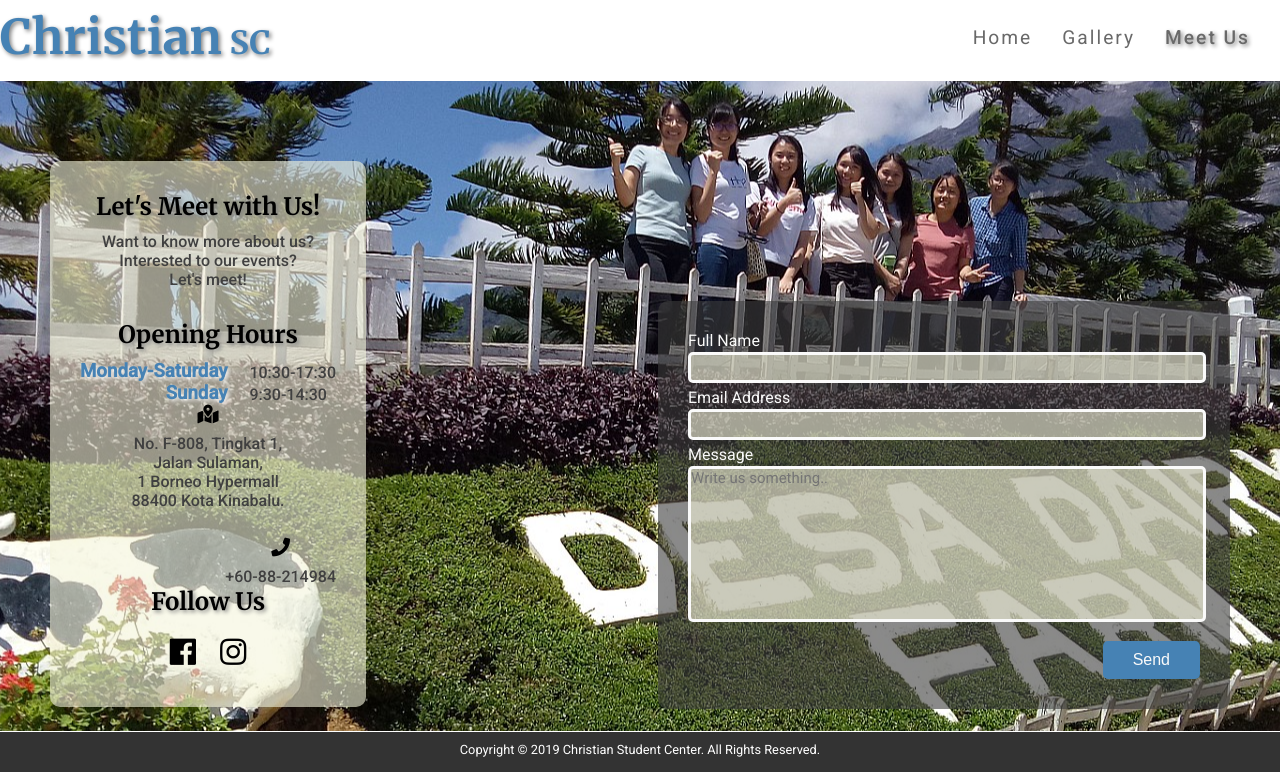
Repository: kongteckmee/christian-sc
Page: meet.html
The author's editor kept a record of every edit. The page is drawn from the files as they stood at one moment, then again after the next edit.
The browser window is 1280 px wide. The pictures show the whole page.
Some web libraries are served in a nearby version.

Above is the page before.

### meet.html
<!DOCTYPE html>
<html lang="en">

<head>
    <meta charset="UTF-8">
    <meta name="viewport" content="width=device-width, initial-scale=1.0">
    <meta http-equiv="X-UA-Compatible" content="ie=edge">
    <link rel="stylesheet" href="https://use.fontawesome.com/releases/v5.1.1/css/all.css" integrity="sha384-O8whS3fhG2OnA5Kas0Y9l3cfpmYjapjI0E4theH4iuMD+pLhbf6JI0jIMfYcK3yZ" crossorigin="anonymous">
    <link rel="stylesheet" href="assets/css/style.css" type="text/css" />
    <title>Christian Student Center</title>
</head>

<body>
    <header>
        <a id="logo" href="index.html">
            <h2><span style="font-size: 150%">Christian</span> SC</h2>
        </a>
        <nav>
            <ul id="scmenu">
                <li>
                    <a class="scactive" href="meet.html">Meet Us</a>
                </li>
                <li>
                    <a href="gallery.html">Gallery</a>
                </li>
                <li>
                    <a href="index.html">Home</a>
                </li>
            </ul>
        </nav>
    </header>
    <section id="meet">
        <div id="location">
            <div id="contact">
                <h2>Let's Meet with Us!</h2>
                <p>Want to know more about us?</p>
                <p>Interested to our events?</p>
                <p>Let's meet!</p>
            </div>
            <div id="open">
                <h2>Opening Hours</h2>
                <div id="day">
                    <h3>Monday-Saturday</h3>
                    <h3>Sunday</h3>
                </div>
                <div id="time">
                    <p>10:30-17:30</p>
                    <p>9:30-14:30</p>
                </div>
            </div>
            <div id="address">
                <h3><i class="fas fa-map-marked-alt"></i></h3>
                <br>
                <p>No. F-808, Tingkat 1,</p>
                <p>Jalan Sulaman,</p>
                <p>1 Borneo Hypermall</p>
                <p>88400 Kota Kinabalu.</p>
            </div>
            <br>
            <div id="phone">
                <h3><i class="fas fa-phone"></i></h3>
                <br>
                <p>+60-88-214984</p>
            </div>
            <br>
            <div id="follow">
                <h2>Follow Us</h2>
                <nav>
                    <ul id="social">
                        <li><a href="https://www.facebook.com/thechurchinkk/" target="_blank"> <i class="fab fa-facebook"></i></a></li>
                        <li><a href="https://www.instagram.com/studentcenterkk/" target="_blank"> <i class="fab fa-instagram"></i></a></li>
                    </ul>
                </nav>
            </div>
        </div>
        <div id="form">
            <form>
                <label for="fullname">Full Name</label>
                <input class="place-input" type="text" name="full_name" id="fullname" required />
                <label for="email">Email Address</label>
                <input class="place-input" type="email" name="email_address" id="email" required />
                <label for="message">Message</label>
                <textarea class="place-input" id="message" name="message" placeholder="Write us something.." style="height:150px" required></textarea>
                <button type="submit">Send</button>
            </form>
        </div>
    </section>
    <footer>
        <div id="footer-copyright">
            <p>Copyright © 2019 Christian Student Center. All Rights Reserved.</p>
        </div>
    </footer>
</body>

</html>

### assets/css/style.css
@import url('https://fonts.googleapis.com/css?family=Merriweather:500,600,700|Roboto:300,400,500');

* {
    margin: 0;
    padding: 0;
    border: 0;
}

body {
    font-family: 'Roboto', sans-serif;
    color: #696969; /*Grey color */
}

/* ------------------------------------------------------ Header */

#logo {
    float: left;
    text-decoration: none;
}

#logo h2 {
    font-family: 'Merriweather', serif;
    font-size: 200%;
    color: #4682b4; /* Steel Blue color */
    text-shadow: 2px 2px 4px #808080;
}

#scmenu {
    font-size: 120%;
    list-style-type: none;
    letter-spacing: 2px;
}

#logo, #scmenu {
    line-height: 75px;
}

#scmenu li {
    float: right;
    margin-right: 30px;
}

#scmenu a {
    text-decoration: none;
    color: inherit;
}

#scmenu a:hover {
    color: #4682b4; /* Steel Blue color */
    font-weight: 500;
    text-shadow: 2px 2px 4px #808080;
}

.scactive {
    font-weight: 500;
    text-shadow: 2px 2px 4px #808080;
}

/* ------------------------------------------------------ Section: Welcome */

#scmeeting {
    height: 700px;
    width: 100%;
    background: url("../img/meeting-t.jpg") no-repeat center center;
}

#scgallery {
    height: 550px;
    width: 100%;
    background: url("../img/r_combined-t.jpg") no-repeat center center;
    margin-left: 140px;
    overflow: hidden;
}

#outing {
    height: 720px;
    width: 100%;
}

#photo img {
    width: 49%;
    margin-left: 4px;
}

#scmeetingrange {
    height: 700px;
    width: 100%;
    overflow: hidden;
}

#welcome-text {
    width: 400px;
    height: 220px;
    color: #fefcff; /* Milky white */
    background-color: rgba(212,175,55,.7);
    padding-top:20px;
    bottom: 35px; /* Fixed the welcome text box-bottom */
    right: 100px; /* Fixed the welcome text box-right */
    position: absolute;
}

#gallery-text {
    width: 350px;
    height: 350px;
    color: #fefcff; /* Milky white */
    background-color: rgba(219,112,147,.7);
    padding-top:20px;
    bottom: 200px;
    right: 940px;
    position: absolute;
}

#outing-text h1, #photo h1 {
    text-shadow: 2px 2px 4px #808080;
}

#video iframe {
    margin: 0 auto;
    display: block;
}

#welcome-text h1 {
    margin-bottom: 5px;
    font-size: 300%;
    font-family: 'Merriweather', serif;
    text-transform: uppercase;
    text-align: center;
    letter-spacing: 4px;
}

#gallery-text h1, #outing-text h1, #photo-text h1 {
    margin-top: 10px;
    margin-bottom: 20px;
    font-size: 250%;
    font-family: 'Merriweather', serif;
    /*text-transform: uppercase;*/
    text-align: center;
    letter-spacing: 4px;
}

hr {
    width: 80%;
    height: 3px;
    margin-left: auto;
    margin-right: auto;
    background-color:#fefcff; /* Milky white */
}

#welcome-text h3 {
    margin: 20px;
    font-size: 130%;
    font-weight: 300;
    text-align: center;
}

#gallery-text h3, #outing-text h3, #photo-text h3 {
    margin: 35px;
    font-size: 130%;
    font-weight: 300;
    text-align: center;
}

/* ------------------------------------------------------ Section: About */

#about {
    height: 500px;
}

#about h1 {
    margin-top: 30px;
    margin-bottom: 30px;
    font-family: 'Merriweather', serif;
    color: #4682b4; /* Steel Blue color */
    text-transform: uppercase;
    text-align: center;
    text-shadow: 2px 2px 4px #808080;
    font-size: 200%;
    letter-spacing: 1px;
}

#about h2 {
    font-family: 'Merriweather', serif;
    font-size: 130%;
    text-transform: uppercase;
    text-shadow: 2px 2px 4px #808080;
}

#left {
    margin-right: 30px;
    padding-top: 30px;
    width: 30%;
    float: left;
}

#right {
    margin-right: 30px;
    padding-top: 30px;
    width: 30%;
    float: right;
}

#center {
    padding-top: 30px;
    width: 33%;
    margin: 0 auto; /* center the div */
}

br {
    display: block;
    content: "";
    margin: 2em;
    font-size: 24%; /* spacing */
}

.left-right-side {
    width: 50%;
    float: right;
    padding-top: 40px;
    clear: both;
    margin-left: 20px;
    margin-bottom: 50px;
}

.middle {
    width: 50%;
    float: right;
    padding-top: 40px;
    margin-right: 20px;
}

#container {
    width: 150px;
    height: 150px;
    border: 3px solid #cccccc;
    border-radius: 50%;
    margin-left: 20px;
    margin-bottom: 20px;
}

#contain-study {
    background: url("../img/study-group.jpg") no-repeat center center;
    height: 100%;
    border-radius: 50%;
}

#contain-wifi {
    background: url("../img/free-wifi.jpg") no-repeat center center;
    height: 100%;
    border-radius: 50%;
}

#contain-seminar {
    background: url("../img/truth-seminar.jpg") no-repeat center center;
    height: 100%;
    border-radius: 50%;
}

#contain-bible {
    background: url("../img/bible-study.jpg") no-repeat center center;
    height: 100%;
    border-radius: 50%;
}

#contain-cafe {
    background: url("../img/cafe.jpg") no-repeat center center;
    height: 100%;
    border-radius: 50%;
}

#contain-books {
    background: url("../img/spiritual-book.jpg") no-repeat center center;
    height: 100%;
    border-radius: 50%;
}

/* ------------------------------------------------------ Section: Event */

#event {
    height: 250px;
    /*background-color: #a9a9a9;*/
}

#event div {
    color: #ffebcd;
    width: 19.2%;
    height: 90%;
    float: left;
    padding-top: 30px;
    text-align: center;
    margin: 5px;
}

#event h2 {
    color: #ffffff;
    font-family: 'Merriweather', serif;
    margin-bottom: 20px;
}

#event h3 {
    margin-top: 20px;
    font-weight: 400;
}

.black {
    background-color: rgba(48,48,48,.8);
}

.black h2 {
    line-height: 120px;
    text-transform: uppercase;
    text-shadow: 5px 5px 0px rgba(0,0,0,0.2);
}

.black h3 {
    color: #ffffff;
    font-size: 200%;
    text-shadow: 5px 5px 0px rgba(0,0,0,0.2);
}

.grey {
    background-color: rgba(105,105,105,.8);
}

.green {
    background-color: rgba(102,102,0,.8);
}

/* ------------------------------------------------------ Meet Us page */

#meet {
    height: 650px;
    width: 100%;
    clear: both;
    background: url("../img/desa.jpg") no-repeat center center;
}

#location {
    width: 20%;
    margin: 80px 0 0 50px;
    padding: 30px 30px 30px 30px;
    float: left;
    background-color: rgba(245,245,220,0.6);
    border-radius: 10px;
    color: #000;
    text-align: center;
}

#location h2 {
    font-family: 'Merriweather', serif;
    text-shadow: 2px 2px 4px #808080;
    margin-bottom: 10px;
}

#open {
    padding-top: 30px;
}

#day{
    float: left;
    text-align: right;
}

#day h3 {
    color: #4682b4;
    text-shadow: 2px 2px 4px #fff;
}

#time {
    float: right;
    text-align: left;
    color: #404040;
}

#time p {
    margin-top: 3px;
    font-weight: 500;
}

#address {
    clear: both;
    margin-top: 20px;
}

#address h3 {

}

#phone {
    float: right;
    margin-top: 20px;
}

#contact p, #address p, #phone p {
    font-weight: 500;
    color: #404040;
}

#follow {
    clear: both;
    margin-top: 20px;
}

#social li {
    display: inline;
}

#social i {
    font-size: 30px;
    margin: 10px;
    color: #000;
}

#social i:hover {
    color: #4682b4;
}

#form {
    width: 40%;
    margin: 220px 50px 0 0;
    padding: 30px 30px 30px 30px;
    float: right;
    background-color: rgba(60,60,60,0.6);
    border-radius: 10px;
    color: #fafafa;
}

.place-input {
    background-color: rgba(245,245,220,0.6);
    width: 100%;
    height: 25px;
    margin: 2px 0 5px 0;
    border: 3px solid #fafafa;
    border-radius: 5px;
    font-family: 'Roboto', sans-serif;
    font-size: 15px;
}

.place-input:hover {
    border-color: #4682b4;
}

textarea {
    resize: none;
}

button {
    background-color: #4682b4;
    margin-top: 10px;
    padding: 10px 30px 10px 30px;
    border-radius: 5px;
    color: #fafafa;
    font-size: 100%;
    text-align: center;
    display: block;
    float: right;
}

button:hover {
    background-color: #fafafa;
    color: #4682b4;
}

/* ------------------------------------------------------ Footer */

footer {
    /*margin-top: 5px;*/
    border-top: 1px solid #fff;
    height: 40px;
    width: 100%;
    background-color: #333333;
    clear: both;
}

footer #footer-copyright {
    color: #fff;
    line-height: 35px;
    font-size: 80%;
    text-align: center;
}

After the next edit:
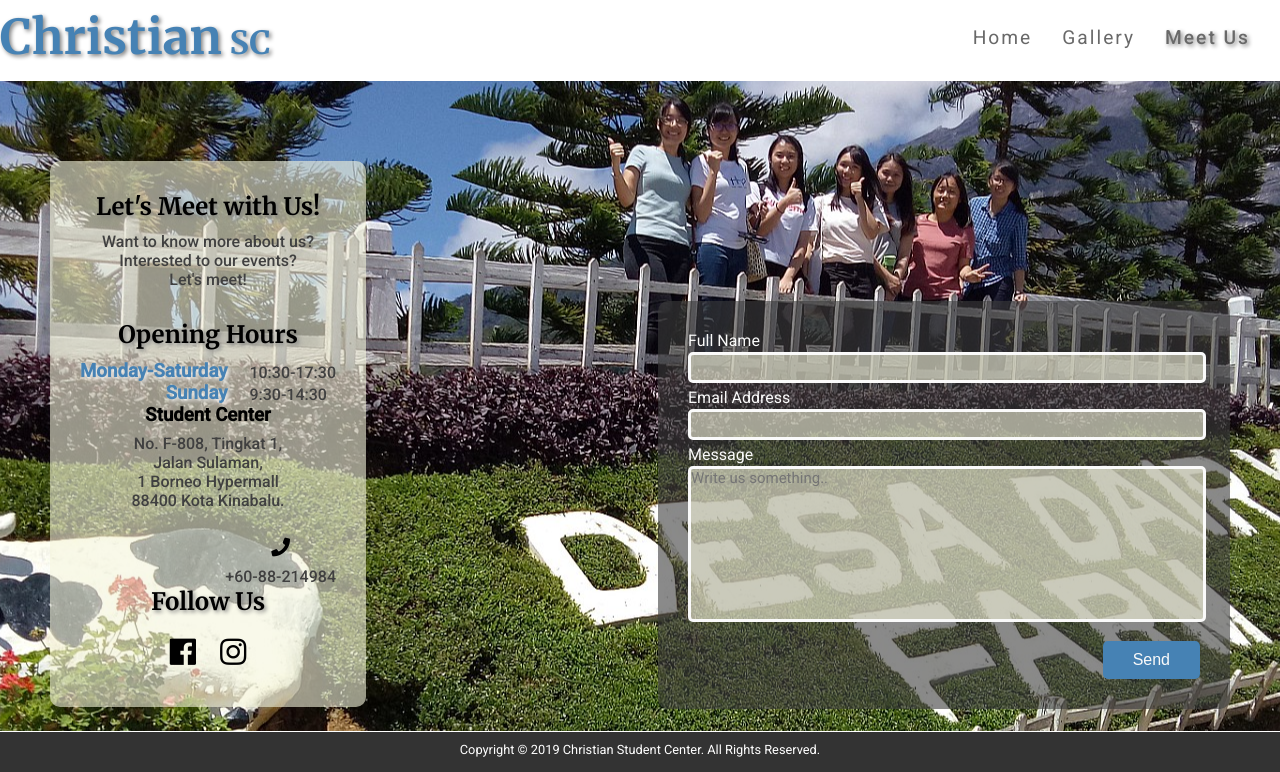
The edit:
--- a/meet.html
+++ b/meet.html
@@ -49,7 +49,7 @@
                 </div>
             </div>
             <div id="address">
-                <h3><i class="fas fa-map-marked-alt"></i></h3>
+                <h3>Student Center</h3>
                 <br>
                 <p>No. F-808, Tingkat 1,</p>
                 <p>Jalan Sulaman,</p>
